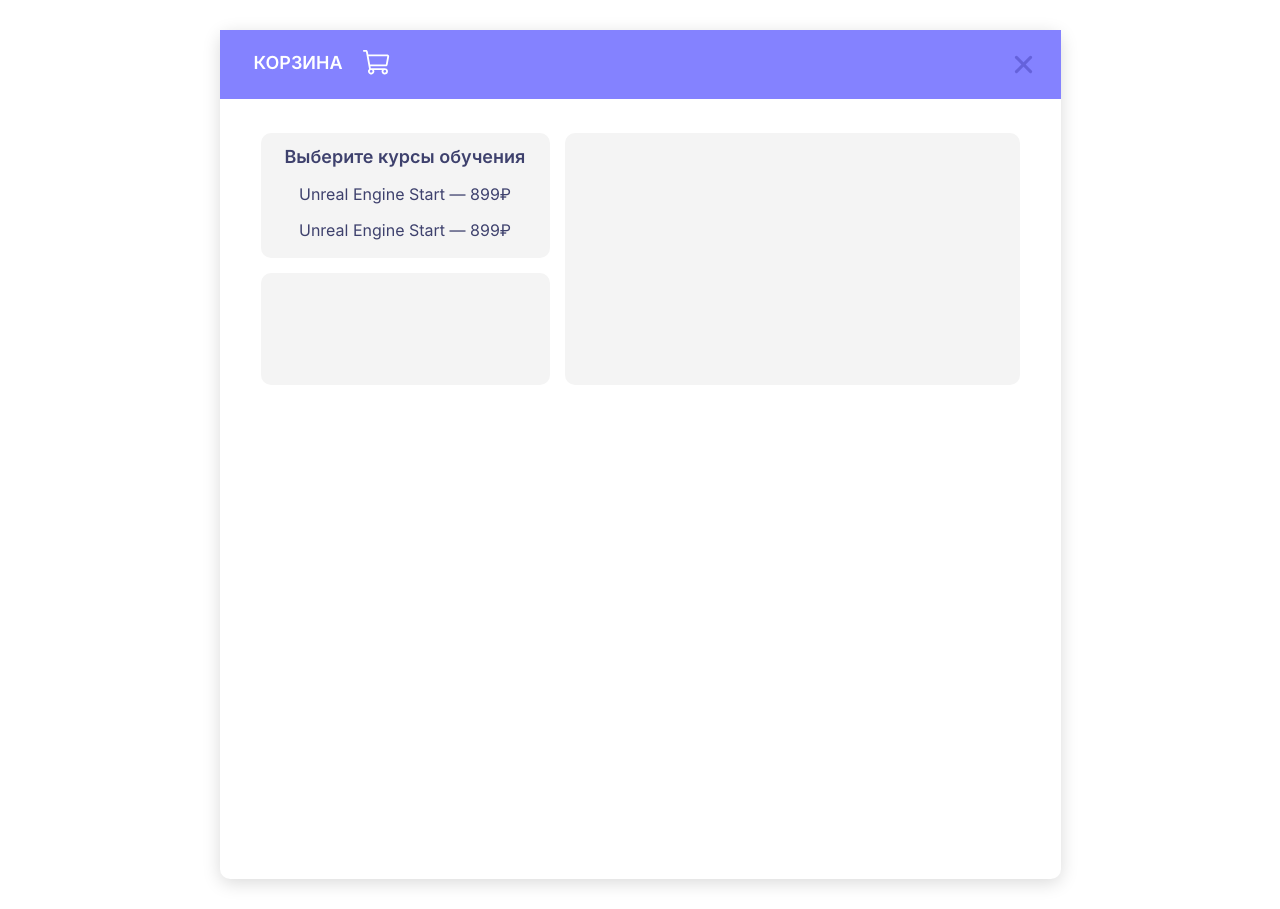
Repository: bek77g/unreal.academy
Page: basket.html
The author's editor kept a copy of each file at every save. The page is drawn from the files as they stood at one save, then again after the next save.
The browser window is 1280 px wide. The pictures show the whole page.
The style sheet was rebuilt from its Sass, Less or Tailwind sources for each picture, by a compiler version that may differ from the author's.

Above is the page before, as saved 2021-05-05 16:59:12.

### basket.html
<!DOCTYPE html>
<html lang="en">
<head>
  <meta charset="UTF-8">
  <meta http-equiv="X-UA-Compatible" content="IE=edge">
  <meta name="viewport" content="width=device-width, initial-scale=1.0">
  <link rel="stylesheet" href="./src/css/style.css">
  <title></title>
</head>
<body>
    <main>
        <section class="basket">
            <div class="container">
                <div class="basket__card">
                    <div class="basket__header">
                        <div class="basket__logo">
                            <h3 class="basket__logo-title">КОРЗИНА</h3>
                            <div class="basket__logo-img">
                                <svg width="27" height="25" viewBox="0 0 27 25" fill="none" xmlns="http://www.w3.org/2000/svg">
                                    <path d="M24.6193 14.843L26.1041 6.67641C26.1516 6.41488 26.1411 6.1461 26.0734 5.88907C26.0056 5.63204 25.8822 5.39303 25.7119 5.18895C25.5415 4.98487 25.3285 4.8207 25.0877 4.70804C24.847 4.59538 24.5844 4.53699 24.3186 4.53699H5.29406L4.74012 1.49018C4.66427 1.07194 4.44395 0.693632 4.11763 0.421277C3.79131 0.148922 3.37971 -0.000178689 2.95468 1.60714e-07H0.907352C0.666707 1.60714e-07 0.435919 0.0956007 0.265757 0.265771C0.0955957 0.435941 0 0.666741 0 0.907398C0 1.14806 0.0955957 1.37886 0.265757 1.54903C0.435919 1.7192 0.666707 1.8148 0.907352 1.8148H2.95457L5.98319 18.4726C6.01027 18.6199 6.05549 18.7634 6.11782 18.8996C5.6648 19.2824 5.32806 19.7845 5.14574 20.3489C4.96343 20.9133 4.94283 21.5174 5.0863 22.0929C5.22976 22.6684 5.53154 23.1922 5.95744 23.605C6.38334 24.0178 6.91634 24.303 7.49602 24.4283C8.07571 24.5536 8.67891 24.5141 9.23728 24.3141C9.79564 24.1142 10.2868 23.7618 10.6552 23.297C11.0236 22.8322 11.2544 22.2734 11.3215 21.6841C11.3886 21.0948 11.2893 20.4985 11.0349 19.9628H18.9077C18.6129 20.5845 18.528 21.2851 18.6657 21.9593C18.8035 22.6335 19.1565 23.2446 19.6716 23.7008C20.1867 24.157 20.836 24.4336 21.5219 24.4888C22.2077 24.5441 22.8929 24.3751 23.4744 24.0072C24.0559 23.6393 24.5021 23.0926 24.746 22.4491C24.9899 21.8057 25.0182 21.1005 24.8267 20.4396C24.6352 19.7787 24.2342 19.1979 23.6841 18.7846C23.134 18.3713 22.4645 18.1479 21.7764 18.148H7.76863L7.43859 16.3332H22.8339C23.2589 16.3334 23.6705 16.1842 23.9968 15.9119C24.3231 15.6395 24.5434 15.2612 24.6193 14.843ZM9.5272 21.3239C9.5272 21.5931 9.44737 21.8562 9.29782 22.08C9.14827 22.3039 8.93571 22.4783 8.68701 22.5814C8.43832 22.6844 8.16466 22.7113 7.90064 22.6588C7.63663 22.6063 7.39412 22.4767 7.20378 22.2863C7.01343 22.0959 6.88381 21.8534 6.83129 21.5894C6.77878 21.3254 6.80573 21.0517 6.90874 20.803C7.01176 20.5543 7.1862 20.3417 7.41002 20.1922C7.63384 20.0426 7.89698 19.9628 8.16617 19.9628C8.52702 19.9632 8.87297 20.1067 9.12813 20.3619C9.38329 20.617 9.52681 20.963 9.5272 21.3239ZM23.1375 21.3239C23.1375 21.5931 23.0577 21.8562 22.9081 22.08C22.7586 22.3039 22.546 22.4783 22.2973 22.5814C22.0486 22.6844 21.7749 22.7113 21.5109 22.6588C21.2469 22.6063 21.0044 22.4767 20.8141 22.2863C20.6237 22.0959 20.4941 21.8534 20.4416 21.5894C20.3891 21.3254 20.416 21.0517 20.519 20.803C20.622 20.5543 20.7965 20.3417 21.0203 20.1922C21.2441 20.0426 21.5073 19.9628 21.7764 19.9628C22.1373 19.9632 22.4833 20.1067 22.7384 20.3619C22.9936 20.617 23.1371 20.963 23.1375 21.3239ZM5.62399 6.35179H24.3186L22.834 14.5184H7.10865L5.62399 6.35179Z" fill="white"/>
                                    </svg>
                            </div>
                        </div>
                        <div class="close-btn"></div>
                    </div>
                    <div class="basket__content">
                        <div class="basket__content-mcol">
                            <div class="basket__content-col">
                                <h4 class="basket__content-title">Выберите курсы обучения</h4>
                                <div class="checkbox basket__content-checkbox">
                                    <input type="checkbox" class="basket__checkbox">
                                    <label for=""><span class="basket__content-txt">Unreal Engine Start — 899₽</span></label>
                                </div>
                                <div class="checkbox basket__content-checkbox">
                                    <input type="checkbox" class="basket__checkbox">
                                    <label for=""><span class="basket__content-txt">Unreal Engine Start — 899₽</span></label>
                                </div>
                            </div>
                            <div class="basket__content-col"></div>
                        </div>
                        <div class="basket__content-mcol">
                            <div class="basket__content-col basket__content-col-second"></div>
                        </div>
                    </div>
                </div>
            </div>
        </section>
    </main>
</body>

### src/scss/style.scss
@import url(../fonts/inter/stylesheet.css);
@import "../libs/bs/bootstrap-grid.min.css";

* {
  margin: 0;
  padding: 0;
  box-sizing: border-box;
  scroll-behavior: smooth;
}

.container {
  max-width: 1240px;
}

$inter: "Inter", sans-serif;

@mixin text($ff, $ft, $fw, $fs, $lh, $cr) {
  font-family: $ff;
  font-style: $ft;
  font-weight: $fw;
  font-size: $fs;
  line-height: $lh;
  color: $cr;
}

a {
  text-decoration: none;
  outline: none;
}
ul {
  list-style: none;
}

.close-btn {
  width: 23px;
  position: relative;
  background: transparent;
  height: 3px;
  cursor: pointer;
  &::before {
    content: "";
    position: absolute;
    border-radius: 100px;
    width: 100%;
    height: 100%;
    background: #6562db;
    transform: rotate(45deg);
  }
  &::after {
    content: "";
    position: absolute;
    border-radius: 100px;
    width: 100%;
    height: 100%;
    background: #6562db;
    transform: rotate(-45deg);
  }
}
.checkbox {
  display: flex;
  justify-content: center;
  align-items: center;
}

@import "header";
@import "home";
@import "video";
@import "courses";
@import "features";
@import "devstart";
@import "exs";
@import "lector";
@import "certificate";
@import "challange";
@import "slider";
@import "basket";

### src/scss/header.scss
.header {
  position: absolute;
  background-color: #fff;
  width: 100%;
  height: 140px;
  &__nav {
    display: flex;
    margin-top: 48px;
    justify-content: space-between;
    align-items: center;
  }
  &__logo {
    @include text($inter, normal, normal, 13px, 25px, #8482ff);
    &-part {
      color: #3e416d;
    }
  }
  &__mnu {
    display: flex;
    margin-top: 3px;
    column-gap: 57px;
    &-item a {
      @include text($inter, normal, normal, 16px, 19px, #3e416d);
      &:nth-child(2) {
        color: #8482ff;
      }
    }
  }
  &__dropper {
    position: relative;
  }
  &__dropdown {
    position: absolute;
    background: #fff;
    border: 1px solid #8482ff;
    width: 150px;
    top: 20px;
    display: none;
  }
  &__dropdown li a {
    width: 100%;
  }
  &__dropdown li:first-child a {
    @include text($inter, normal, normal, 16px, 17px, #8482ff);
  }
  &__dropdown li:last-child a {
    @include text($inter, normal, normal, 16px, 17px, #ff9882);
  }
  &__dropper:active > ul {
    display: block;
  }
}

### src/scss/home.scss
.home {
  background: url(../images/home/homeBG.png) top center/100% 100% no-repeat;
  background-size: cover;
  max-width: 100%;
  height: 870px;
  display: flex;
  justify-content: center;
  align-items: center;
  &__title {
    @include text($inter, normal, bold, 60px, 73px, #fff);
    width: 70%;
    margin: 100px auto 0;
    text-align: center;
  }
  &__btns {
    text-align: center;
    margin-top: 65px;
    display: flex;
    justify-content: center;
    &-style {
      @include text($inter, normal, 600, 16px, none, #fff);
      width: 164px;
      height: 49px;
      border: none;
      outline: none;
      border-radius: 4px;
    }
    &-start {
      background-color: #8482ff;
      margin-right: 30px;
      cursor: pointer;
      transition: 0.3s;
      &:hover {
        background-color: #55539e;
      }
    }
    &-more {
      background-color: transparent;
      border: 2px solid #ffffff;
      cursor: pointer;
      transition: 0.3s;
      &:hover {
        background-color: #ffffff;
        border: none;
        color: #555555;
      }
    }
  }
}

### src/scss/video.scss
.video {
  &__block {
    height: 439px;
    width: 776px;
    position: relative;
    background: url(../images/home/videoBOX.png) no-repeat;
    filter: drop-shadow(0px 4px 120px rgba(0, 0, 0, 9)),
      drop-shadow(0px 15px 29px rgba(0, 0, 0, 9));
    border-radius: 10px;
    margin: -104px auto 70px;
  }
  &__playbtn {
    display: inline-block;
    position: absolute;
    filter: drop-shadow(0px 4px 120px rgba(0, 0, 0, 0.1)),
      drop-shadow(0px 15px 29px rgba(0, 0, 0, 0.15));
    width: 114.1px;
    height: 114.1px;
    border-radius: 50%;
    font-size: 0;
    background-color: #fff;
    color: transparent;
    bottom: 105px;
    left: 50%;
    transform: translate(-50%, -50%);
    transition: 0.2s;
    cursor: pointer;
    img {
      width: 33px;
      height: 33px;
      margin: 40px 42px;
    }
  }
  &__arrow {
    width: 71px;
    height: 71px;
    margin: 0 auto;
    border-radius: 5px;
    display: block;
    padding-top: 11px;
    padding-left: 19px;
    background-color: #ff9882;
    filter: drop-shadow(0px 15px 30px rgba(255, 152, 130, 0.48));
  }
}

### src/scss/courses.scss
.courses {
  padding: 47px 0 109px;
  &__title {
    @include text($inter, normal, bold, 40px, 48px, #3e416d);
    text-align: center;
    margin-bottom: 23px;
  }
  &__col {
    margin: 40px 6.2px 0;
    height: 85%;
    padding: 17px 60px 17px 25px;
    background-color: #e7e7ff;
    border-radius: 10px;
    &-number {
      width: 82px;
      height: 60px;
      background-color: #8482ff;
      border-radius: 10px;
      margin-bottom: 25px;
    }
    &-title {
      @include text($inter, normal, bold, 40px, 63px, #fff);
      text-align: center;
    }
    &-subtitle {
      @include text($inter, normal, normal, 16px, 19px, #3e416d);
      opacity: 0.8;
    }
  }
}

### src/scss/features.scss
.features {
  padding-bottom: 74px;
  position: relative;
  overflow: hidden;
  &::before {
    content: "";
    background: url(../images/features/bfF.svg) top center/100% 100% no-repeat;
    width: 100%;
    height: 100%;
    position: absolute;
    top: 25%;
    right: 0;
    z-index: -1;
    bottom: -70px;
  }
  &__title {
    @include text($inter, normal, bold, 40px, 48px, #3e416d);
    width: 50%;
    margin: 0 auto;
    text-align: center;
    margin-bottom: 33px;
  }
  &__row {
    text-align: center;
    width: 93%;
    margin: 0 auto;
  }
  &__hr {
    width: 13%;
    height: 4px;
    margin: 0 auto;
    background: #8482ff;
  }
  &__mcol {
    margin-top: 47px;
    display: flex;
    justify-content: space-around;
  }
  &__col {
    padding: 38px 25px 35px;
    margin-right: 10px;
    border: 1px solid rgb(0, 0, 0);
    border-radius: 10px;
    text-align: center;
    background: #ffffff;
    &:nth-child(2) {
      padding: 37.5px 25px 35px;
    }
    &:nth-child(3) {
      padding: 37.5px 25px 35px;
    }
    &:nth-child(4) {
      padding: 37.4px 25px 35px;
    }
  }
  &__mcol &__col &__card-title {
    @include text($inter, normal, 600, 18px, 22px, #3e416d);
    margin: 18px 0 15px;
    color: #3e416d;
    &:nth-child(2) {
      margin: 17.5px 0 15px;
    }
    &:nth-child(3) {
      margin: 17.4px 0 15px;
    }
    &:nth-child(4),
    &:nth-child(5) {
      margin: 16px 0 15px;
    }
  }
  &__card-subtitle {
    @include text($inter, normal, normal, 16px, 19px, #3e416d);
    margin-top: 10px;
    opacity: 0.8;
  }
}

### src/scss/exs.scss
.exs {
  padding-top: 110px;
  height: 740px;
  background: #3e416d;
  &__title {
    @include text($inter, normal, bold, 40px, 48px, #fff);
    text-align: center;
    margin-bottom: 113.9px;
  }
  &__row {
    display: flex;
    justify-content: space-between;
  }
  &__mcol {
    position: relative;
  }
  &__mcol:first-child &__col img {
    top: 5.5px;
  }
  &__mcol:nth-child(2) &__col img {
    top: 10px;
  }
  &__mcol:nth-child(3) &__col img {
    top: 1px;
  }
  &__mcol:nth-child(4) &__col img {
    top: 15px;
  }
  &__mcol:nth-child(5) &__col img {
    top: 1px;
  }
  &__col img {
    z-index: 3;
    transition: 0.3s;
    position: absolute;
  }
  &__col {
    background: rgba(132, 130, 255, 0.23);
    border: 4px solid #8482ff;
    width: 100%;
    height: 197px;
    display: inline-flex;
    align-items: center;
    justify-content: center;
    border-radius: 46px;
    position: relative;
    padding-top: 50%;
    transition: 0.5s;
    z-index: 1;
    &:hover {
      transform: scale(1.2);
      padding: 50% 15px 0;
      width: 104%;
      background: #8482ff;
      border-radius: 46px;
      height: 110%;
      transition: 0.3s;
      img {
        transform: scale(0.9);
        transition: 0.5s;
      }
      .exs__hidtext {
        margin-top: 105px;
        color: #fff;
      }
      .exs__hidsub {
        color: #fff;
      }
      .exs__descrs {
        color: #8482ff;
      }
    }
  }
  &__hidtext {
    @include text($inter, normal, 600, 16px, 22px, transparent);
    transition: 0.3s;
    text-align: center;
  }
  &__hidsub {
    @include text($inter, normal, normal, 12px, 17px, transparent);
    transition: 0.3s;
    text-align: center;
    margin: 10px 0 10px;
    opacity: 0.8;
  }
  &__descrs {
    @include text($inter, normal, 600, 18px, 22px, #fff);
    text-align: center;
    top: 200px;
    width: 100%;
    position: absolute;
    left: 50%;
    transform: translateX(-50%);
    margin-top: 40px;
    color: #ffffff;
  }
}

### src/scss/lector.scss
.lector {
  padding: 80px 0 60px;
  background: #3e416d;
  text-align: center;
  &__title {
    @include text($inter, normal, bold, 40px, 48px, #fff);
    text-align: center;
    margin-bottom: 179px;
    &-part {
      color: #8482ff;
    }
  }
  &__face {
    position: relative;
    z-index: 1;
  }
  &__content {
    width: 90%;
    margin: 0 auto;
    display: flex;
    justify-content: center;
    align-items: center;
  }
  &__first {
    width: 33%;
    text-align: end;
    margin-top: -60px;
    margin-right: 30px;
    .lector__descrs:first-child {
      width: 174px;
    }
    .lector__descrs:nth-child(2) {
      margin-right: 48px;
      width: 280px;
    }
    .lector__descrs:nth-child(3) {
      width: 250px;
    }
  }
  &__second {
    width: 33%;
    text-align: center;
    margin-top: -60px;
    margin-left: 30px;
    .lector__descrs:first-child {
      margin-right: 110px;
      width: 214px;
    }
    .lector__descrs:nth-child(2) {
      margin-left: 52px;
      width: 272px;
    }
    .lector__descrs:nth-child(3) {
      width: 252px;
    }
  }
  &__eclipse {
    position: absolute;
    bottom: 64%;
    left: 50%;
    z-index: -1;
    transform: translateX(-50%);
    width: 452.95px;
    height: 208.23px;
    &::before {
      position: absolute;
      content: url(../images/lector/Ellipse31.svg);
      left: -23px;
      top: 25px;
    }
    &::after {
      position: absolute;
      content: url(../images/lector/Ellipse32.svg);
      top: 25px;
      left: -20px;
    }
    &-part {
      position: absolute;
      width: 452.95px;
      height: 208.23px;
      top: 60%;
      border-radius: 50%;
      border: 4.44944px solid #8482ff;
    }
    &-partcircle {
      position: absolute;
      width: 27.59px;
      height: 27.59px;
      right: 0;
      top: 50px;
      border-radius: 50%;
      background: #8482ff;
      &::before {
        content: "";
        position: absolute;
        width: 18.69px;
        height: 18.69px;
        top: 180px;
        border-radius: 50%;
        border: 0.889888px solid #8482ff;
      }
    }
    &-partcircle2 {
      position: absolute;
      width: 27.59px;
      height: 27.59px;
      border-radius: 50%;
      left: 40px;
      top: -12px;
      border: 4.44944px solid #8482ff;
      &::before {
        content: "";
        position: absolute;
        width: 19.69px;
        height: 19.69px;
        top: 284px;
        left: 47.6px;
        border-radius: 50%;
        background: #8482ff;
      }
    }
  }
  &__descrs {
    @include text($inter, normal, 600, 16px, 19px, #3e416d);
    display: inline-block;
    text-align: center;
    padding: 10px 14px;
    background: #ff9882;
    border-radius: 42px;
    width: 100%;
    height: 100%;
    margin-bottom: 25px;
  }
  &__socs {
    margin: 65.7px auto 0;
    width: 76px;
  }
  &__socs a {
    cursor: pointer;
  }
  &__name {
    @include text($inter, normal, 600, 30px, 36px, #ffffff);
    margin-top: 13.4px;
  }
  &__review {
    @include text($inter, normal, normal, 16px, 19px, #ffffff);
    margin-top: 13px;
    opacity: 0.8;
  }
}

### src/scss/certificate.scss
.certificate {
  padding: 60px 0 57px;
  background: #3e416d;
  &__row {
    display: flex;
    align-items: center;
    justify-content: center;
  }
  &__col {
    text-align: center;
    &:last-child {
      margin-bottom: 60px;
    }
  }
  &__cert {
    width: 416px;
    height: 555px;
  }
  &__title {
    @include text($inter, normal, bold, 40px, 48px, #fff);
    text-align: start;
  }
  &__des {
    @include text($inter, normal, normal, 18px, 22px, #fff);
    margin: 30px 0 36px;
    text-align: start;
  }
  &__get {
    margin-right: 56px;
  }
  &__sub {
    display: flex;
    &-title {
      @include text($inter, normal, 600, 18px, 22px, #fff);
      margin-bottom: 19px;
    }
    &-cov {
      @include text($inter, normal, normal, 16px, 19px, #fff);
    }
  }
  &__courses {
    margin-top: 10px;
    margin-left: 19px;
  }
  &__course {
    text-align: start;
    text-decoration-line: underline;
    position: relative;
    cursor: pointer;
    &:before {
      content: "·";
      position: absolute;
      font-size: 96px;
      bottom: 3px;
      left: -25px;
    }
  }
  &__courses a:first-child &__course {
    @include text($inter, normal, normal, 14px, 17px, #8482ff);
  }
  &__course:last-child {
    @include text($inter, normal, normal, 14px, 17px, #ff9882);
  }
}

### src/scss/challange.scss
.challange {
  padding: 57px 0 60px;
  background: #3e416d;
  &__box {
    padding: 60px 130px;
    background: #525794;
    border: 2px solid #8482ff;
    box-sizing: border-box;
    border-radius: 20px;
  }
  &__col {
    display: flex;
    align-items: center;
    justify-content: center;
    padding-right: 70px;
  }
  &__title {
    @include text($inter, normal, bold, 40px, 48px, #fff);
    margin-bottom: 40px;
    text-align: stert;
  }
  &__sub {
    display: flex;
  }
  &__fond {
    margin-right: 66px;
  }
  &__optxt {
    @include text($inter, normal, normal, 18px, 22px, #fff);
    opacity: 0.5;
    margin-bottom: 11px;
  }
  &__txt {
    @include text($inter, normal, bold, 30px, 36px, #fff);
    margin-bottom: 38px;
  }
  &__prises {
    display: flex;
    justify-content: space-between;
    margin-bottom: 43px;
    &-boxes {
      @include text($inter, normal, bold, 21.5548px, 26px, #fff);
      padding: 10.8px 16px;
      border-radius: 14.3698px;
      width: 190.4px;
      height: 100%;
      &:first-child {
        background: #ff9882;
        box-shadow: 0px 10.0589px 22.9918px -7.18492px rgba(255, 152, 130, 0.5);
      }
      &:nth-child(2) {
        background: #a5a5b5;
        box-shadow: 0px 10.0589px 22.9918px -7.18492px rgba(165, 165, 181, 0.5);
      }
      &:last-child {
        background: #ac8f73;
        box-shadow: 0px 10.0589px 22.9918px -7.18492px rgba(172, 143, 115, 0.5);
      }
    }
    &-txt {
      @include text($inter, normal, normal, 12.9329px, 16px, #fff);
      opacity: 0.5;
    }
  }
  &__btn {
    @include text($inter, normal, 600, 16px, 19px, #fff);
    width: 182px;
    height: 49px;
    border: none;
    outline: none;
    background: #8482ff;
    border-radius: 4px;
    cursor: pointer;
    &:hover {
      background: #4d4c92;
    }
  }
}

### src/scss/slider.scss
.slider {
  padding: 60px;
  background: #3e416d;
  &__title {
    @include text($inter, normal, bold, 40px, 48px, #fff);
    text-align: center;
  }
}

### src/scss/basket.scss
.basket {
  display: flex;
  align-items: center;
  justify-content: center;
  padding: 30px;
  &__card {
    width: 841px;
    height: 849px;
    margin: 0 auto;
    background: #ffffff;
    box-shadow: 0px 4px 18px rgba(0, 0, 0, 0.15);
    border-radius: 10px;
  }
  &__header {
    padding: 0 25.5px 0 34px;
    width: 100%;
    height: 69px;
    display: flex;
    justify-content: space-between;
    align-items: center;
    background: #8482ff;
  }
  &__logo {
    display: flex;
    &-title {
      @include text($inter, normal, 600, 18px, 26px, #fff);
      text-align: center;
      text-transform: uppercase;
      margin-right: 20px;
    }
  }
  &__content {
    height: 780px;
    width: 100%;
    padding: 34px 41px;
    display: flex;
    &-mcol:first-child {
      width: 289px;
      margin-right: 15px;
    }
    &-mcol:last-child {
      width: 455px;
    }
    &-title {
      @include text($inter, normal, 600, 18px, 22px, #3e416d);
    }
    &-txt {
      @include text($inter, normal, normal, 16px, 0, #3e416d);
      &::before {
        content: "";
        flex: 0 0 20px;
        height: 24px;
        background: #8482ff;
        border-radius: 5px;
      }
    }
    &-checkbox {
      margin-top: 18px;
      &:last-child {
        margin-top: 18px;
      }
    }
    &-col {
      background: #f4f4f4;
      padding: 13px 24px;
      border-radius: 10px;
      width: 100%;
      height: 125px;
      margin-bottom: 15px;
      &:nth-child(2) {
        height: 112px;
        padding: 15px 102px 15px 20px;
      }
      &-second {
        margin: 0;
        padding: 13px 15px 22px 20px;
        height: 252px;
      }
    }
  }
  &__checkbox {
    display: none;
  }
}

Loaded but not shown: src/fonts/inter/stylesheet.css (common file); src/libs/bs/bootstrap-grid.min.css (library); src/scss/devstart.scss (164 lines, source omitted)

After the next save:
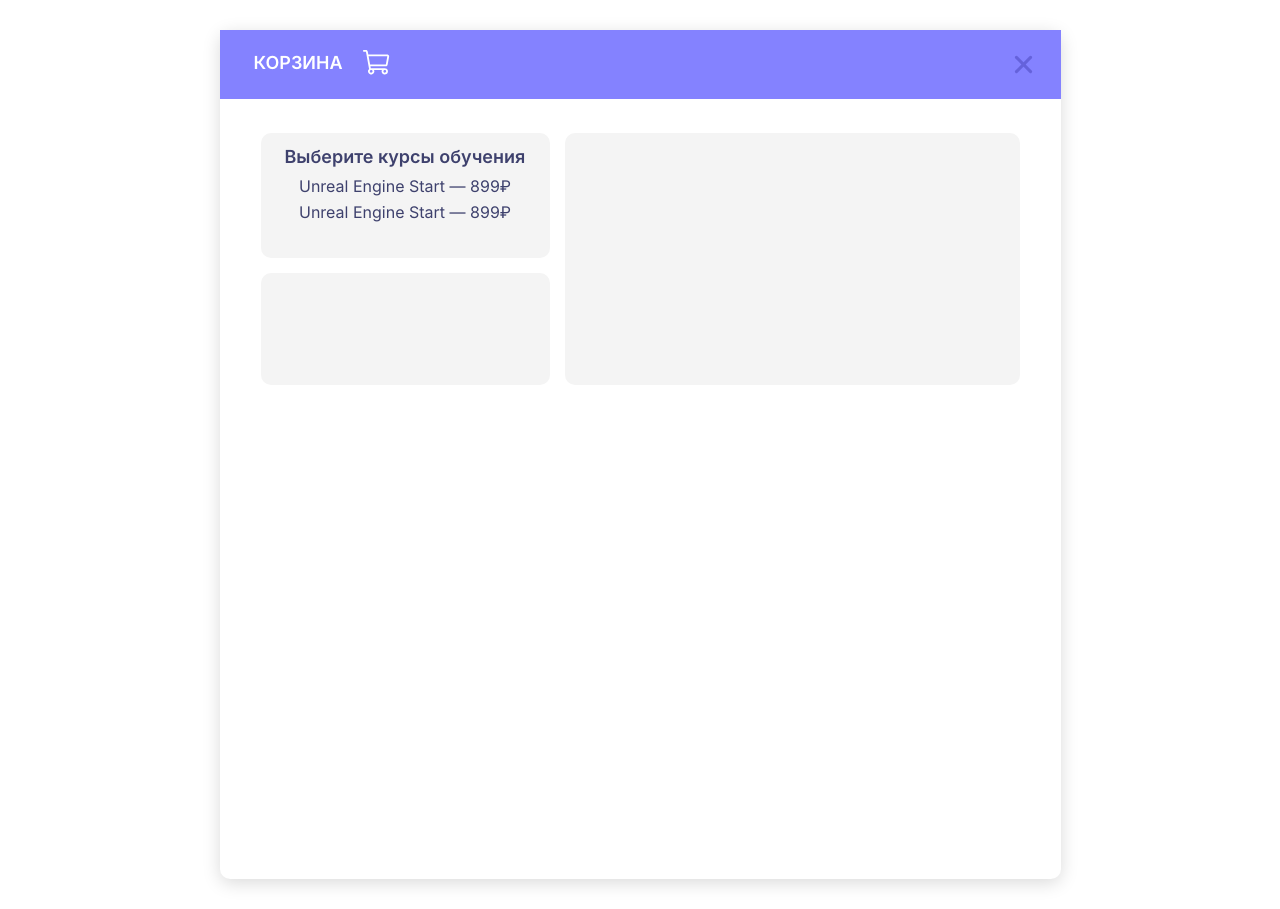
Saved 56 s later.
--- a/basket.html
+++ b/basket.html
@@ -29,7 +29,7 @@
                                 <h4 class="basket__content-title">Выберите курсы обучения</h4>
                                 <div class="checkbox basket__content-checkbox">
                                     <input type="checkbox" class="basket__checkbox">
-                                    <label for=""><span class="basket__content-txt">Unreal Engine Start — 899₽</span></label>
+                                    <label for="" class="basket__content-txt"><span>Unreal Engine Start — 899₽</span></label>
                                 </div>
                                 <div class="checkbox basket__content-checkbox">
                                     <input type="checkbox" class="basket__checkbox">
